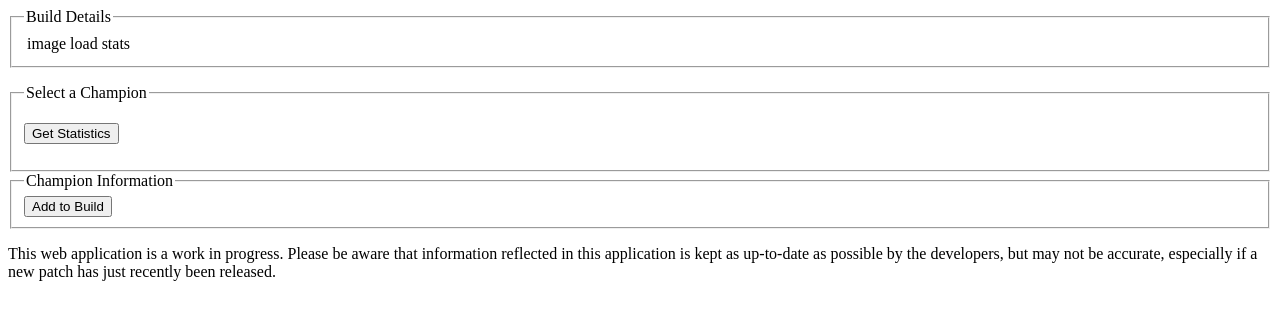
Repository: spencer-carver/lol-db
Page: LOLdb/war/index.html
These files come from the project's save history. The page is drawn as it stood at one moment and after the next save; the edit follows.
The browser window is 1280 px wide. The pictures show the whole page.
After loading, the first visible `#addToBuild` was clicked once.
The page's requests for data from a server got no answer. Some web libraries are served in a nearby version.

Above is the page before, as saved 2013-02-04 18:09:55.

After the next save:
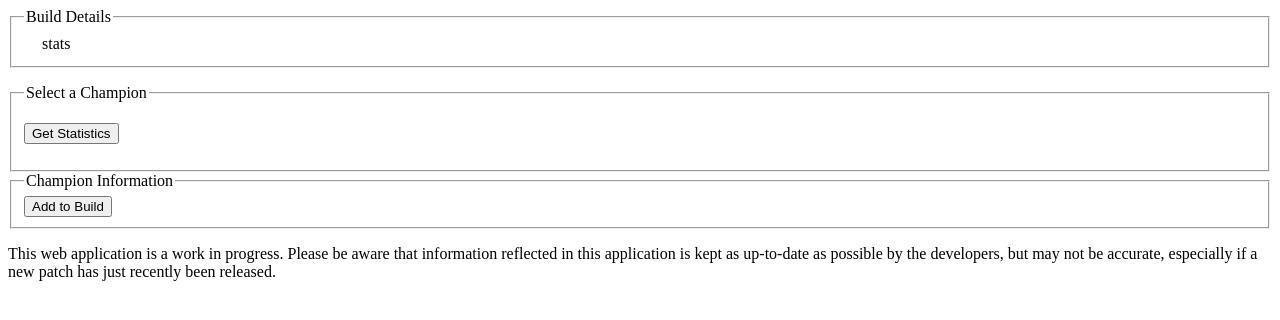
Console error: TypeError: Cannot read properties of null (reading 'innerHTML')
Saved 111 s later.
--- a/LOLdb/war/app.js
+++ b/LOLdb/war/app.js
@@ -59,7 +59,9 @@ $(document).ready(function() {
 
     //checks for the button click event
     $("#addToBuild").click(function(e) {
-    	$("#champion_icon").html("").append("image load");
+    	var loaded_img = document.getElementById('');
+    	var build_img = document.getElementById('champion_icon');
+    	build_img.innerHTML = loaded_img.innerHTML;
     });
 
     //checks for the button click event
